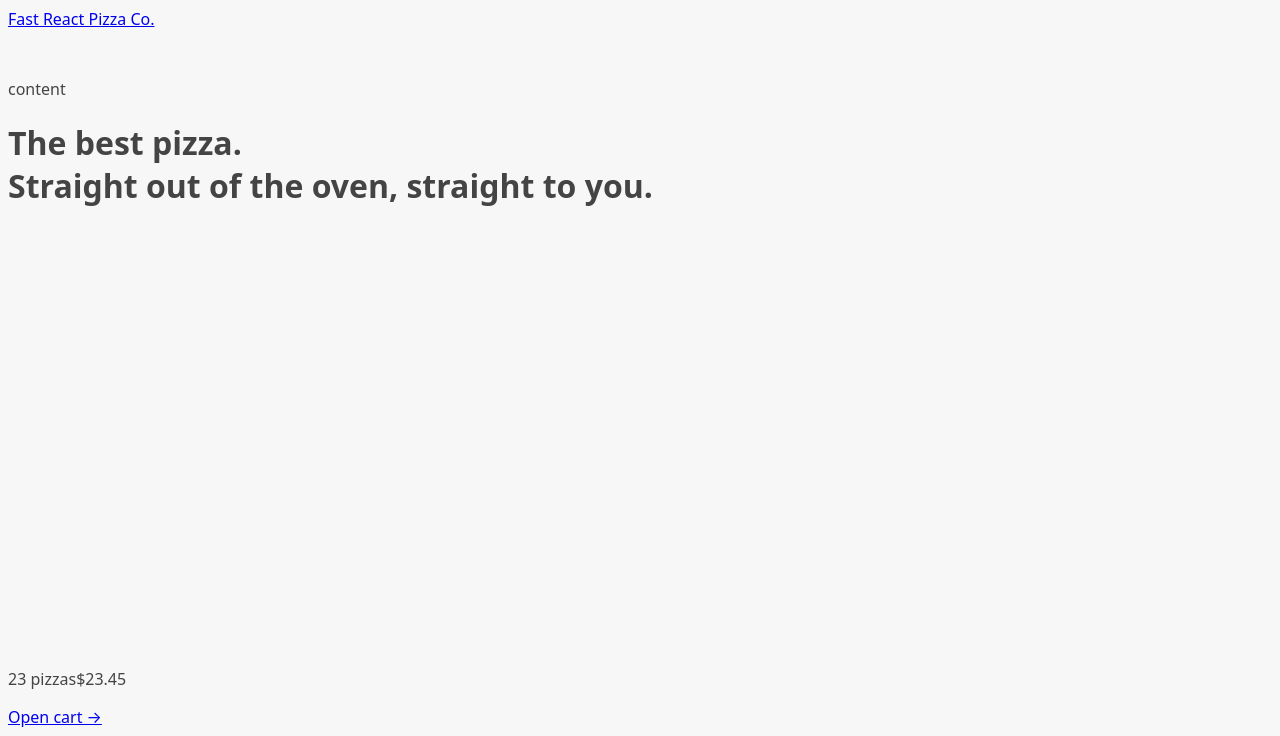
Repository: ayakhaled0001/pizza-delivery
Page: /
The author's editor kept a copy of each file at every save. The page is drawn from the files as they stood at one save, then again after the next save.
The browser window is 1280 px wide. The pictures show the whole page.
The project was rebuilt for these pictures with package versions that can differ from the ones it lists, and the page was loaded fresh each time. Also part of the build but not shown: vite.config.js, src/services/apiRestaurant.jsx, src/utilities/helpers.jsx, src/features/menu/MenuItem.jsx, src/features/menu/Menu.jsx, src/features/cart/Cart.jsx, src/features/order/Order.jsx, src/ui/Loader.jsx and 1 more. Imported but missing from the stored project, and not drawn on this page: src/features/order/CreateOrder.

Above is the page before, as saved 2025-04-28 20:35:34.

After the next save:
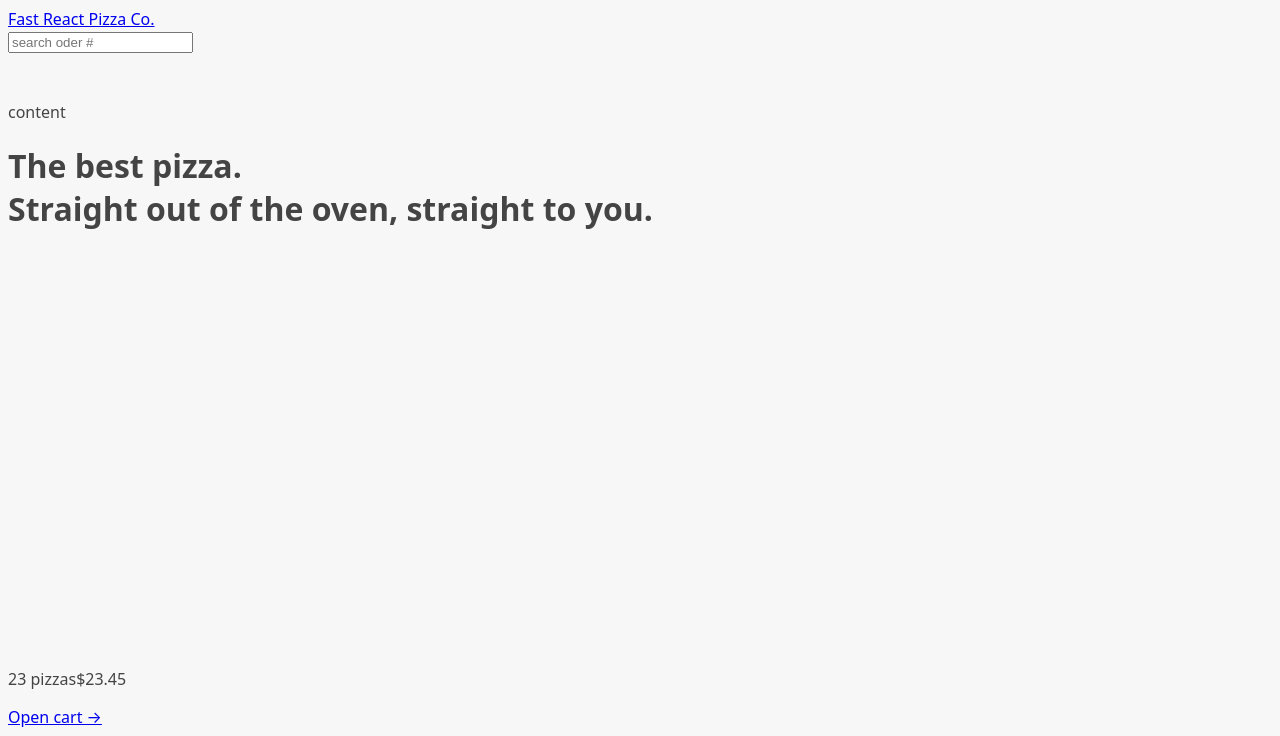
Saved 34 s later.
--- a/src/ui/Header.jsx
+++ b/src/ui/Header.jsx
@@ -1,9 +1,11 @@
 import { Link } from "react-router-dom";
+import SearchOrder from "../features/order/SearchOrder.JSX";
 
 function Header() {
   return (
     <header>
       <Link to="/">Fast React Pizza Co.</Link>
+      <SearchOrder />
     </header>
   );
 }
